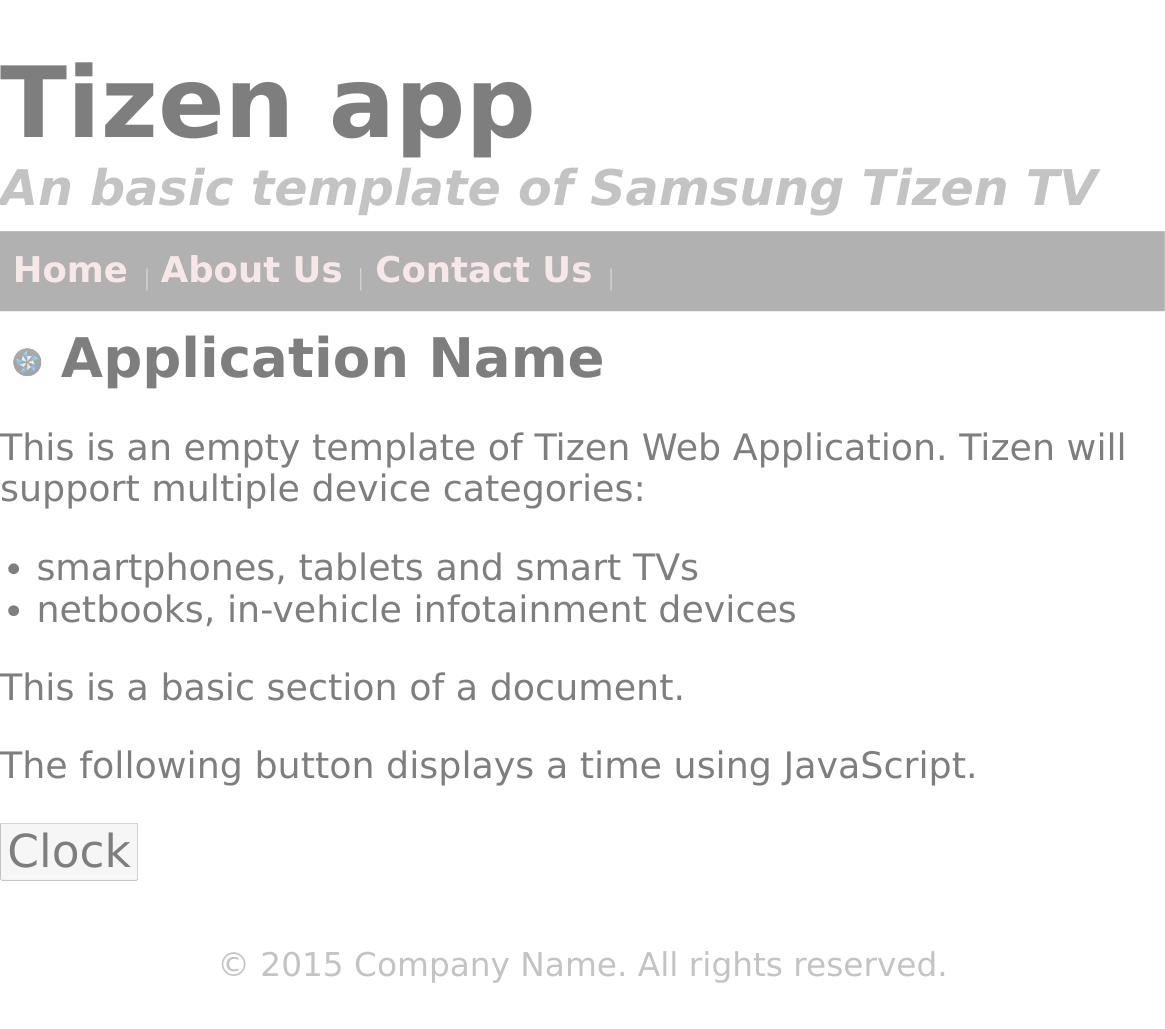
Repository: mat92/TV_Butler
Page: Tizen/TVButler/index.html
These files come from the project's save history. The page is drawn as it stood at one moment and after the next save; the edit follows.
The browser window is 1280 px wide. The pictures show the whole page, at 91% of full size.

Above is the page before, as saved 2016-03-19 16:48:18.

### Tizen/TVButler/index.html
<!DOCTYPE html>
<html>
<head>
    <meta charset="utf-8" />
    <meta name="viewport" content="width=device-width, initial-scale=1.0, maximum-scale=1.0">
    <meta name="description" content="Tizen basic template generated by Tizen Web IDE"/>

    <title>Tizen Web IDE - Tizen - Samsung Tizen TV basic Application</title>

    <link rel="stylesheet" type="text/css" href="css/style.css"/>
    <script src="js/main.js"></script>
</head>

<body style="opacity:0.5">
  <header>
    <hgroup>
      <h1>Tizen app</h1>
      <h2>An basic template of Samsung Tizen TV</h2>
    </hgroup>
  </header>

  <nav>
    <ul>
       <li><a href="#">Home</a></li>
       <li><a href="#">About Us</a></li>
       <li><a href="#">Contact Us</a></li>
    </ul>
  </nav>

  <article>
    <header>
      <h1>
        <img src="images/tizen_32.png" width="32"/> Application Name
      </h1>
    </header>
    <p style="font-size:40px;">This is an empty template of Tizen Web Application. Tizen will support multiple device categories:</p>
    <ul>
      <li style="font-size:40px;">smartphones, tablets and smart TVs
      <li style="font-size:40px;">netbooks, in-vehicle infotainment devices
    </ul>
    <section>
      <p style="font-size:40px;">This is a basic section of a document.</p>
      <p style="font-size:40px;">The following button displays a time using JavaScript.</p>
      <div id="divbutton1" style="font-size:40px;">
        <button onclick="startTime();" style="font-size:50px;">Clock</button>
      </div>
    </section>
  </article>

  <footer>
    <p>&copy; 2015 Company Name. All rights reserved.</p>
  </footer>
</body>
</html>

### Tizen/TVButler/css/style.css
* {
    font-family: Lucida Sans, Arial, Helvetica, sans-serif;
}

body {
    margin: 50px auto;
    background-color: transparent;

}

#avatarContainer {
	position: absolute;
	bottom: -200px;
	left: 50%;
	margin-left: -220px;
	width: 440px;
	height: 120px;
	border-radius: 80px;
	background-color: #efefef;
	padding: 20px;
}


#avatarContainer .nameContainer {
	float: left;
	width: 300px;
	height: 120px;
	line-height: 120px;
	font-size: 40px;
	overflow: hidden;
}

.master {
	height: 40px;
	line-height: 40px;
	font-size: 40px;
	margin-top: 21px;
}

.subsub {
	height: 24px;
	line-height: 24px;
	font-size: 24px;
	color: #555;
	margin-top: 8px;
}

.fadeAnimation {
	font-size: 40px;
	color: #fff;
	position: absolute;;
	top: 50px;
	left: 50px;
	text-shadow: 2px 2px #000000;
}

#avatarImage {
	width: 120px;
	height: 120px;
	float: left;
	margin-right: 20px;
	border-radius: 60px;
	background-size: cover;
	background-position: center center;
}

header h1 {
    font-size: 108px;
    margin: 0px;
}

header h2 {
    font-size: 54px;
    margin: 0px;
    color: #888;
    font-style: italic;
}

nav ul {
    list-style: none;
    padding: 20px;
    display: block;
    clear: right;
    background-color: #666;
    padding-left: 4px;
    height: 48px;
}

nav ul li {
    display: inline;
    padding: 0px 20px 5px 10px;
    height: 48px;
    border-right: 1px solid #ccc;
}

nav ul li a {
    color: #EFD3D3;
    text-decoration: none;
    font-size: 39px;
    font-weight: bold;
}

nav ul li a:hover {
    color: #fff;
}

article > header h1 {
    font-size: 60px;
    margin-left: 14px;
}

article > header h1 a {
    color: #993333;
}

article > header h1 img {
    vertical-align:middle;
}

article > section header h1 {
    font-size: 48px;
}

article p {
    clear: both;
}

footer p {
    text-align: center;
    font-size: 36px;
    color: #888;
    margin-top: 72px;
}

.channellist {
	font-size: 48px;
	background-color: black;
	color: white;
}

### Tizen/TVButler/js/main.js
var startTime;
var checkTime;

//Initialize function
var init = function () {
    // TODO:: Do your initialization job
    console.log("init() called");

    document.addEventListener('visibilitychange', function() {
        if(document.hidden){
            // Something you want to do when hide or exit.
        } else {
            // Something you want to do when resume.
        }
    });

    // add eventListener for keydown
    document.addEventListener('keydown', function(e) {
    	switch(e.keyCode){
    	case 37: //LEFT arrow
    		break;
    	case 38: //UP arrow
    		break;
    	case 39: //RIGHT arrow
    		break;
    	case 40: //DOWN arrow
    		break;
    	case 13: //OK button
    		break;
    	case 10009: //RETURN button
    		break;
    	default:
    		console.log("Key code : " + e.keyCode);
    		break;
    	}
    });
};
// window.onload can work without <body onload="">
window.onload = init;

function startTime() {
    var today = new Date();
    var h = today.getHours();
    var m = today.getMinutes();
    var s = today.getSeconds();
    m = checkTime(m);
    s = checkTime(s);
    document.getElementById('divbutton1').innerHTML="Current time: " + h + ":" + m + ":" + s;
    t = setTimeout(startTime, 250);
}

function checkTime(i) {
    if (i < 10) {
        i="0" + i;
    }
    return i;
}

After the next save:
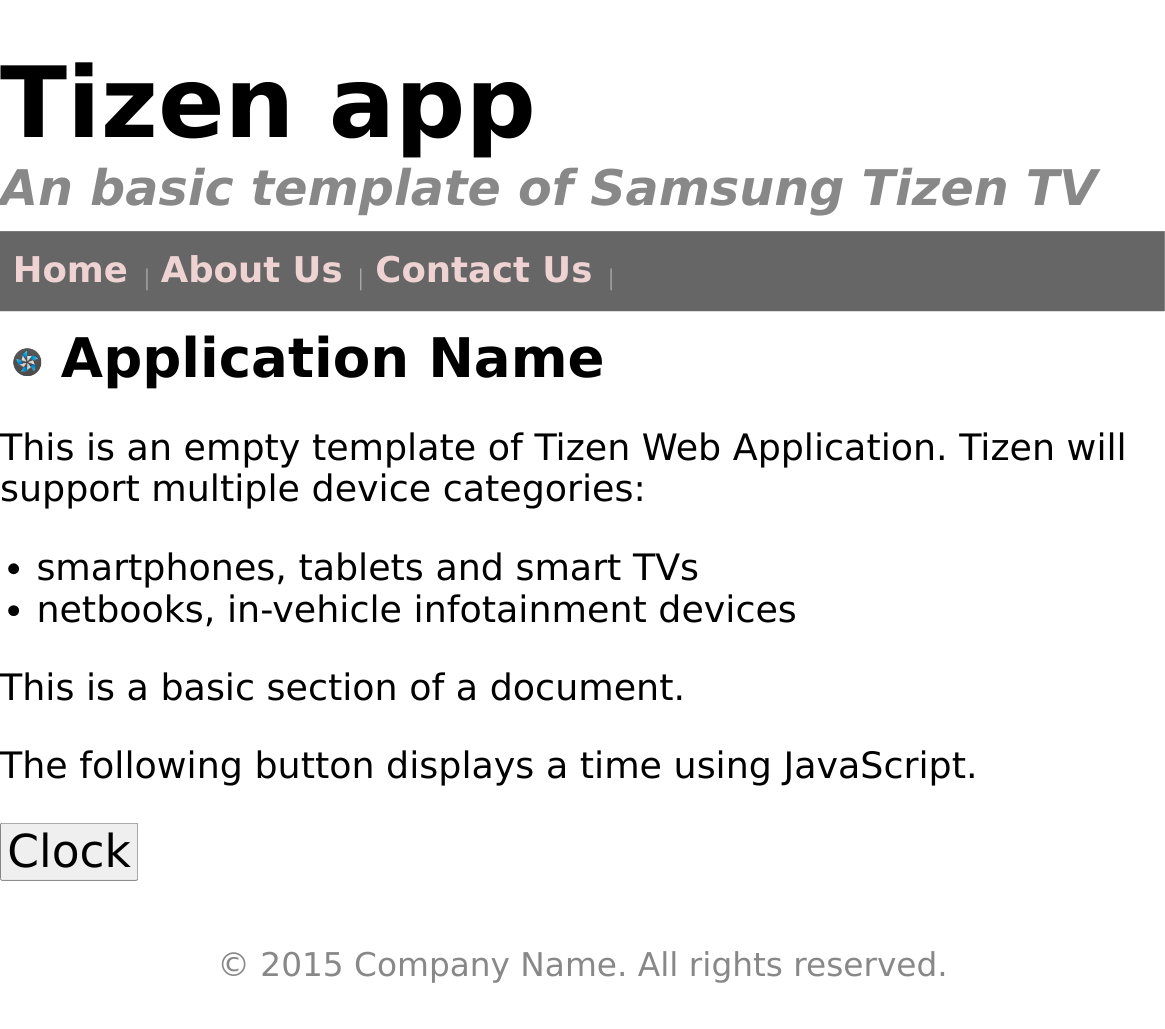
Saved 2 min 4 s later.
--- a/Tizen/TVButler/index.html
+++ b/Tizen/TVButler/index.html
@@ -11,7 +11,7 @@
     <script src="js/main.js"></script>
 </head>
 
-<body style="opacity:0.5">
+<body style="background-color:transparent;">
   <header>
     <hgroup>
       <h1>Tizen app</h1>
